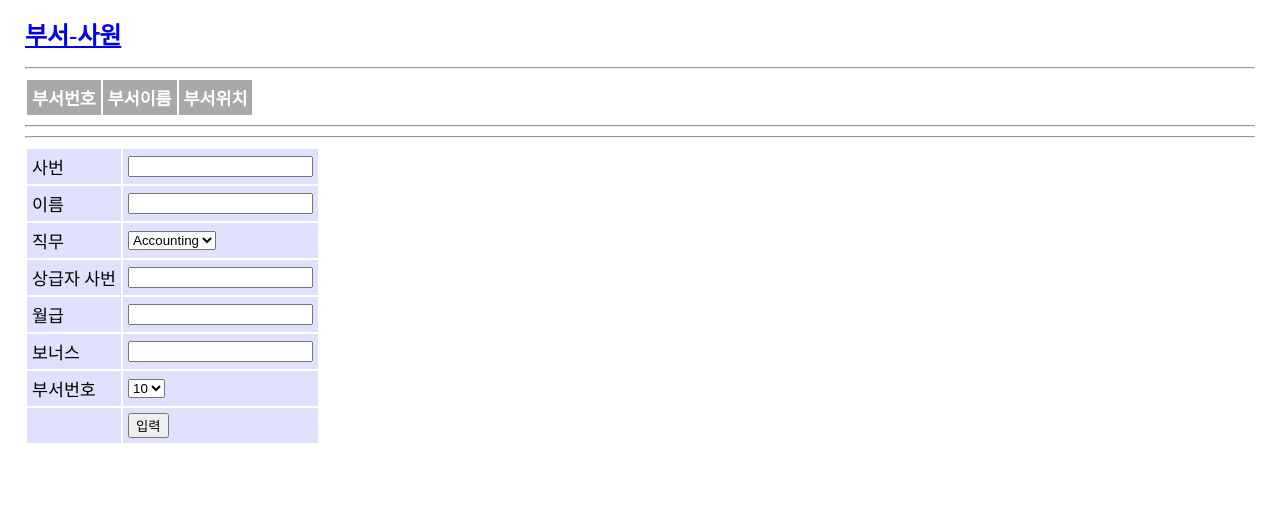
Repository: e34652/sts
Page: http://localhost/_sb0322-1/WEB-INF/views/root.jsp
These files come from the project's save history. The page is drawn as it stood at one moment and after the next save; the edit follows.
The browser window is 1280 px wide. The pictures show the whole page.
The page is served by Tomcat 9. Nobody is signed in. The template is opened directly, without the code that normally fills it, so the values that code supplies are empty.

Above is the page before, as saved 2024-03-25 11:21:42.

After the next save:
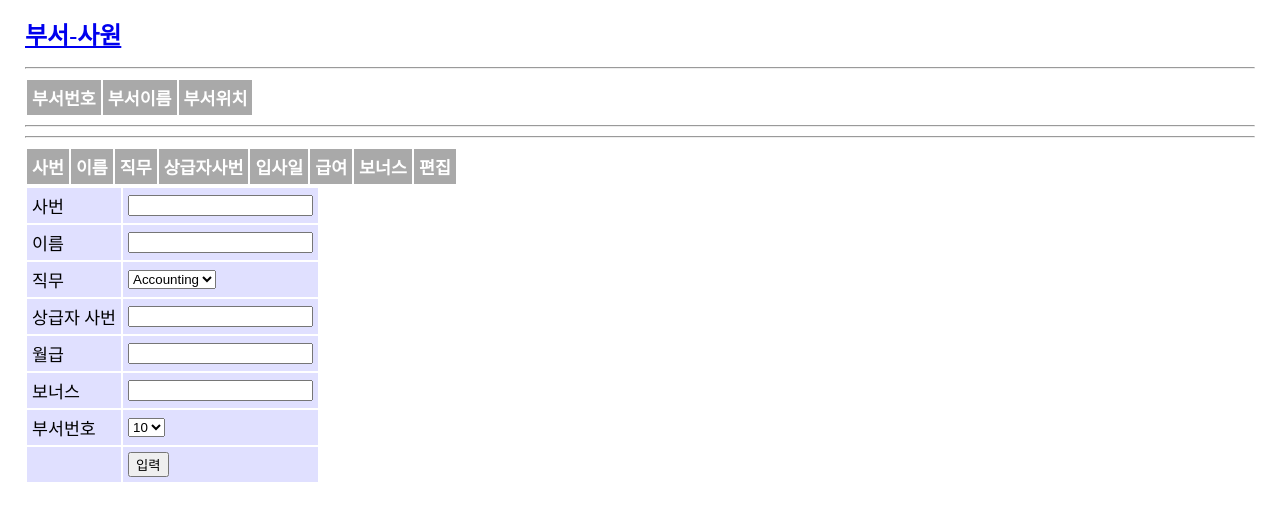
Saved 10 s later.
--- a/_sb0322-1/src/main/webapp/WEB-INF/views/root.jsp
+++ b/_sb0322-1/src/main/webapp/WEB-INF/views/root.jsp
@@ -150,8 +150,7 @@ td {
 
 		<c:otherwise>
 		<table>
-			<c:forEach var="eList" items="${EmpList}">
-			<tr>
+		<tr>
 				<th>사번</th>
 				<th>이름</th>
 				<th>직무</th>
@@ -161,6 +160,8 @@ td {
 				<th>보너스</th>
 				<th>편집</th>
 			</tr>
+			<c:forEach var="eList" items="${EmpList}">
+
 
 					<tr>
 						<td>${eList.empno}</td>
